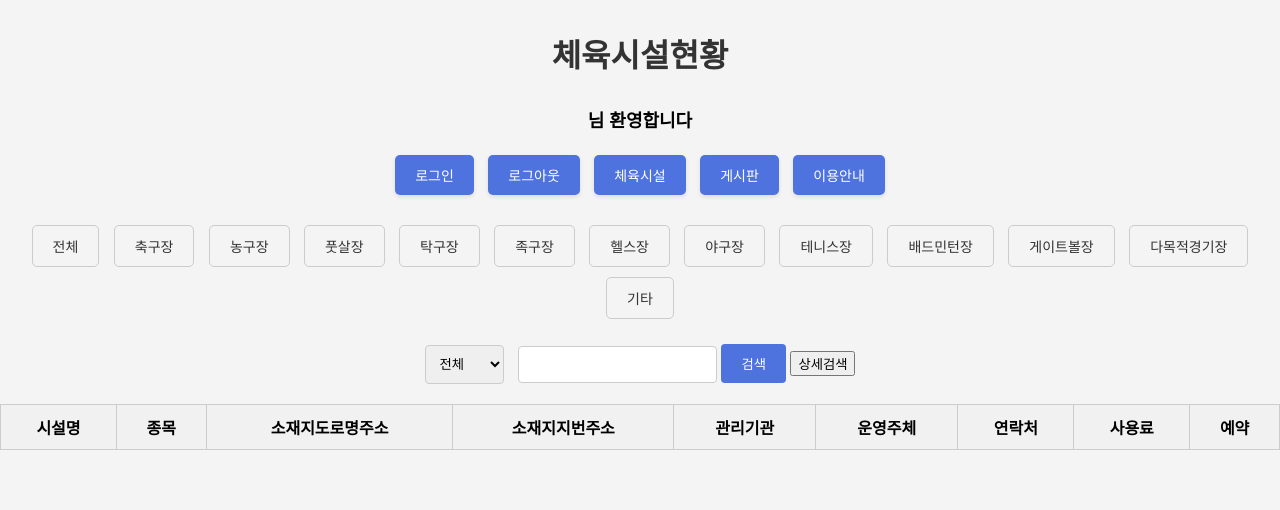
Repository: shinyunseok/portfolio1
Page: http://localhost/portfolio/WEB-INF/sport/getSportList.jsp
The author's editor kept a copy of each file at every save. The page is drawn from the files as they stood at one save, then again after the next save.
The browser window is 1280 px wide. The pictures show the whole page.
The page is served by Tomcat 10. Nobody is signed in. Other server files are loaded and not shown. The template is opened directly, without the code that normally fills it, so the values that code supplies are empty.

Above is the page before, as saved 2023-05-31 03:02:38.

### portfolio/src/main/webapp/WEB-INF/sport/getSportList.jsp
<%@ page language="java" contentType="text/html; charset=UTF-8"
    pageEncoding="UTF-8"%>
<%@ taglib prefix="c" uri="http://java.sun.com/jsp/jstl/core" %>
<!DOCTYPE html>
<html>
<script>
function toggleAdvancedSearch() {
	var advancedSearchDiv = document.getElementById("advancedSearchDiv");
	advancedSearchDiv.style.display = (advancedSearchDiv.style.display === "none") ? "block" : "none";
}
</script>
<head>
<meta charset="UTF-8">
<style>
/* 전체 페이지 스타일 */
body {
    font-family: Arial, sans-serif;
    background-color: #f4f4f4;
    margin: 0;
    padding: 0;
}

/* 컨테이너 스타일 */
.container {
    max-width: 800px;
    margin: 0 auto;
    padding: 20px;
}

/* 제목 스타일 */
h1 {
    text-align: center;
    margin: 30px 0;
    color: #333;
}

/* 내비게이션 스타일 */
.navigation {
    margin-bottom: 20px;
    text-align: center;
}

.navigation h3 {
    margin-top: 0;
    font-size: 18px;
}

.navigation a {
    display: inline-block;
    margin: 5px;
    padding: 10px 20px;
    text-decoration: none;
    color: #fff;
    background-color: #4e73df;
    border-radius: 5px;
    transition: background-color 0.3s;
    font-size: 14px;
    border: none;
    cursor: pointer;
    box-shadow: 0 2px 4px rgba(0, 0, 0, 0.1);
}

.navigation a:hover {
    background-color: #3756a4;
}

/* 검색창 스타일 */
.search-form {
    display: flex;
    justify-content: center;
    margin-bottom: 20px;
}

.search-form select,
.search-form input[type="text"] {
    padding: 10px;
    border: 1px solid #ccc;
    border-radius: 4px;
}

.search-form select {
    margin-right: 10px;
}

.search-form button[type="submit"] {
    padding: 10px 20px;
    background-color: #4e73df;
    color: #fff;
    border: none;
    border-radius: 4px;
    cursor: pointer;
}

.search-form button[type="submit"]:hover {
    background-color: #3756a4;
}

/* 테이블 스타일 */
table {
    width: 100%;
    border-collapse: collapse;
}

th, td {
    padding: 10px;
    border: 1px solid #ccc;
}

th {
    background-color: #f1f1f1;
    text-align: center;
}

td {
    text-align: left;
}

/* selectEvent 스타일 */
.selectEvent {
    margin-bottom: 20px;
    text-align: center;
}

.selectEvent a {
    display: inline-block;
    margin: 5px;
    padding: 10px 20px;
    text-decoration: none;
    color: #333;
    border: 1px solid #ccc;
    border-radius: 5px;
    transition: background-color 0.3s;
    font-size: 14px;
    cursor: pointer;
}

.selectEvent a:hover {
    background-color: #f1f1f1;
}

/* selectBar 스타일 */
#selectBar {
    text-align: center;
    margin-bottom: 20px;
}

#selectBar select,
#selectBar input[type="text"] {
    padding: 10px;
    border: 1px solid #ccc;
    border-radius: 4px;
}

#selectBar select {
    margin-right: 10px;
}

#selectBar button[type="submit"] {
    padding: 10px 20px;
    background-color: #4e73df;
    color: #fff;
    border: none;
    border-radius: 4px;
    cursor: pointer;
}

#selectBar button[type="submit"]:hover {
    background-color: #3756a4;
}

#selectBar button[type="button"] {
    padding: 10px 20px;
    background-color: #4e73df;
    color: #fff;
    border: none;
    border-radius: 4px;
    cursor: pointer;
}

#selectBar button[type="button"]:hover {
    background-color: #3756a4;
}

/* advancedSearchDiv 스타일 */
#advancedSearchDiv {
    display: none;
    text-align: center;
    margin-bottom: 20px;
    padding-top: 20px;
    border-top: 1px solid #ccc;
}

#advancedSearchDiv label {
    display: block;
    margin-bottom: 10px;
}

#advancedSearchDiv input[type="radio"] {
    margin-right: 5px;
}

</style>




<title>체육시설현황</title>
</head>
<body>
	<h1>체육시설현황</h1>
	<div class="navigation">
    <h3>${user_name}님 환영합니다</h3>
    <c:if test="${empty user_id}">
        <a href="login.do">로그인</a>
    </c:if>
    <a href="logout.do">로그아웃</a>
    <!-- <a href="insertUser.do">회원가입</a> -->
    <a href="getSportList.do">체육시설</a>
    <a href="getBoardList.do">게시판</a>
    <a href="#">이용안내</a>
</div>
<div class="selectEvent">
	<a href="getSportList.do">전체</a>
	<a href="getSportList.do?searchKeyword=축구">축구장</a>
	<a href="getSportList.do?searchKeyword=농구">농구장</a>
	<a href="getSportList.do?searchKeyword=풋살">풋살장</a>
	<a href="getSportList.do?searchKeyword=탁구">탁구장</a>
	<a href="getSportList.do?searchKeyword=족구">족구장</a>
	<a href="getSportList.do?searchKeyword=헬스">헬스장</a>
	<a href="getSportList.do?searchKeyword=야구">야구장</a>
	<a href="getSportList.do?searchKeyword=테니스">테니스장</a>
	<a href="getSportList.do?searchKeyword=배드민턴">배드민턴장</a>
	<a href="getSportList.do?searchKeyword=게이트볼">게이트볼장</a>
	<a href="getSportList.do?searchKeyword=다목적">다목적경기장</a>
	<a href="getSportList.do?searchKeyword=기타">기타</a>
</div>
<div id="selectBar" style="text-align: center;">
	<select>
		<option>전체</option>
		<option>시설명</option>
		<option>지역</option>
	</select>
	<input type="text" required="검색어를 입력하세요"> <button type="submit">검색</button>
	<button onclick="toggleAdvancedSearch()">상세검색</button>
</div>
<div id="advancedSearchDiv" style="display: none;">
	지역 <input type="radio">장안구<input type="radio">권선구<input type="radio">팔달구<input type="radio">영통구 <br>
	이용날짜 <input type="date"> <br>
	접수상태 <input type="radio"> 예약가능 <input type="radio"> 예약중 <input type="radio"> 예약완료 <br>
	이용요금 <input type="radio"> 유료 <input type="radio"> 무료
</div>
	<table>
		<tr>
<!-- 			<th>번호</th> -->
			<th>시설명</th>
			<th>종목</th>
			<th>소재지도로명주소</th>
			<th>소재지지번주소</th>
			<th>관리기관</th>
			<th>운영주체</th>
			<th>연락처</th>
			<th>사용료</th>
			<th>예약</th>
		</tr>



		<c:forEach items="${sportList}" var="sport" varStatus="loop">
		<tr>
<%-- 			 <td>${loop.index + page}</td> --%>
			<td>${sport.facility_name }</td>
			<td>${sport.event } </td>
			<td>${sport.road_address } </td>
			<td>${sport.landlot_address } </td>
			<td>${sport.management_agency } </td>
			<td>${sport.operating_entity } </td>
			<td>${sport.contact_number } </td>
			<td>${sport.usage_free } </td>
			<td> <a href="#"> 예약하기</a></td>
		</tr>
		</c:forEach>


	</table>





</body>
</html>

### portfolio/src/main/webapp/WEB-INF/sport/getSportListPage.jsp
<%@ page language="java" contentType="text/html; charset=UTF-8" pageEncoding="UTF-8" %>
<%@ taglib prefix="c" uri="http://java.sun.com/jsp/jstl/core" %>
		<%
int currentPage = 1; // 현재 페이지 번호
int totalPage = 10; // 전체 페이지 수

int startPage = Math.max(currentPage - 5, 1); // 시작 페이지 번호
int endPage = Math.min(currentPage + 5, totalPage); // 끝 페이지 번호

// 이전 링크
if (currentPage > 1) {
%>
    <a href="getSportList.do?page=<%= currentPage - 1 %>">이전</a>
<%
}

// 반복문을 이용하여 페이지 리스트 생성. 현재 페이지 번호를 강조하기 위해 b태그 사용.
for (int iCount = startPage; iCount <= endPage; iCount++) {
    if (iCount == currentPage) {
%>
        <a href="getSportList.do?page=<%= iCount %>"><b><%= iCount %></b></a>
<%
    } else {
%>
        <a href="getSportList.do?page=<%= iCount %>"><%= iCount %></a>
<%
    }
}

// 다음 링크
if (currentPage < totalPage) {
%>
    <a href="getSportList.do?page=<%= currentPage + 1 %>">다음</a>
<%
}

// 끝 링크
if (endPage < totalPage) {
%>
    <a href="getSportList.do?page=<%= totalPage %>">끝</a>
<%
}
%>

After the next save:
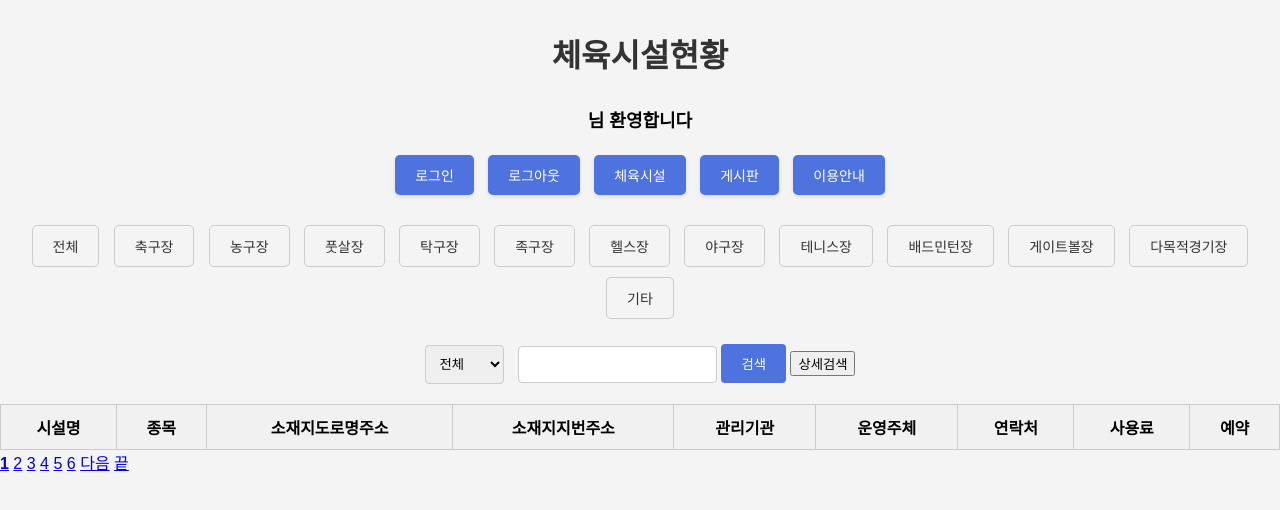
Saved 21 s later.
--- a/portfolio/src/main/webapp/WEB-INF/sport/getSportList.jsp
+++ b/portfolio/src/main/webapp/WEB-INF/sport/getSportList.jsp
@@ -283,7 +283,7 @@ td {
 
 	</table>
 
-
+		<jsp:include page="getSportListPage.jsp" />
 
 
 
